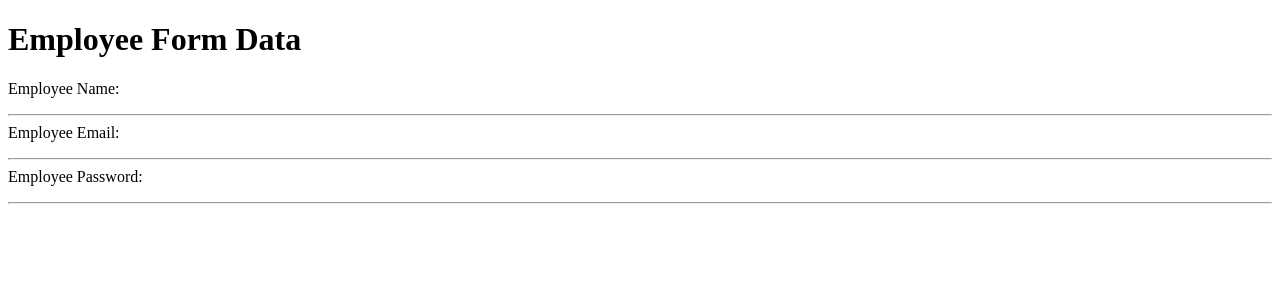
Repository: mrhpn/JavaEE--JSP-SERVLET
Page: http://localhost/JSP_JSTL/read-employee-form.jsp
These files come from the project's save history. The page is drawn as it stood at one moment and after the next save; the edit follows.
The browser window is 1280 px wide. The pictures show the whole page.
The page is served by Tomcat 9.

Above is the page before, as saved 2021-04-01 07:20:47.

After the next save:
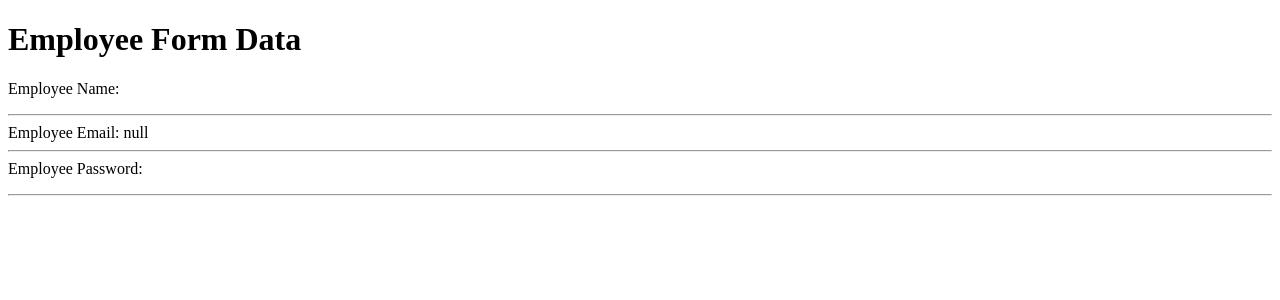
Saved 4 min 32 s later.
--- a/JSP_JSTL/WebContent/read-employee-form.jsp
+++ b/JSP_JSTL/WebContent/read-employee-form.jsp
@@ -12,7 +12,7 @@
 	Employee Name: <p>${param.employeeName} </p>
 	<hr>
 
-	Employee Email: <p>${param.employeeEmail} </p>
+	Employee Email: <%= request.getParameter("employeePassword") %>
 	<hr>
 
 	Employee Password: <p>${param.employeePassword} </p>
